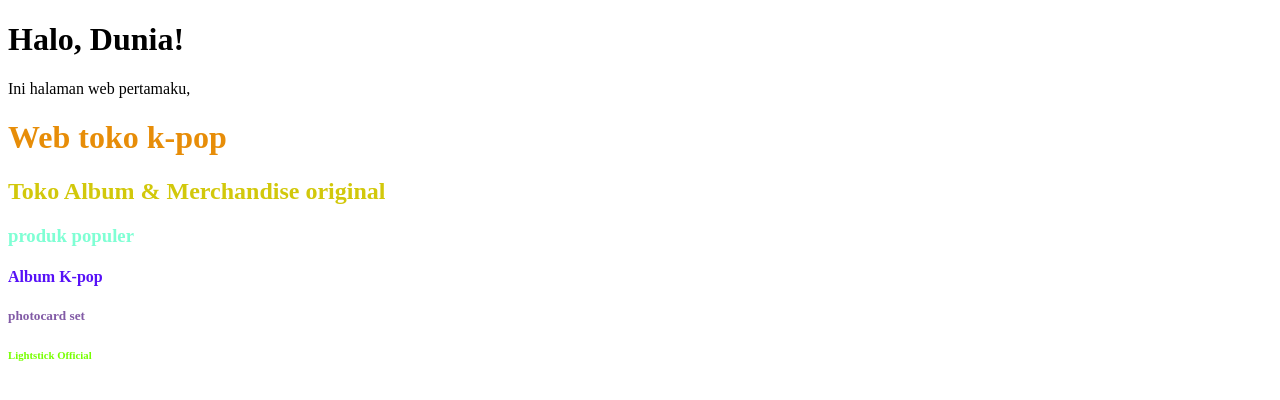
Repository: sekartazivi/241552010020-Web-Application-Development
Page: test.html
These files come from the project's save history. The page is drawn as it stood at one moment and after a run of saves; the edit follows.
The browser window is 1280 px wide. The pictures show the whole page.

Above is the page before, as saved 2026-02-20 08:51:14.

After the next 4 saves:
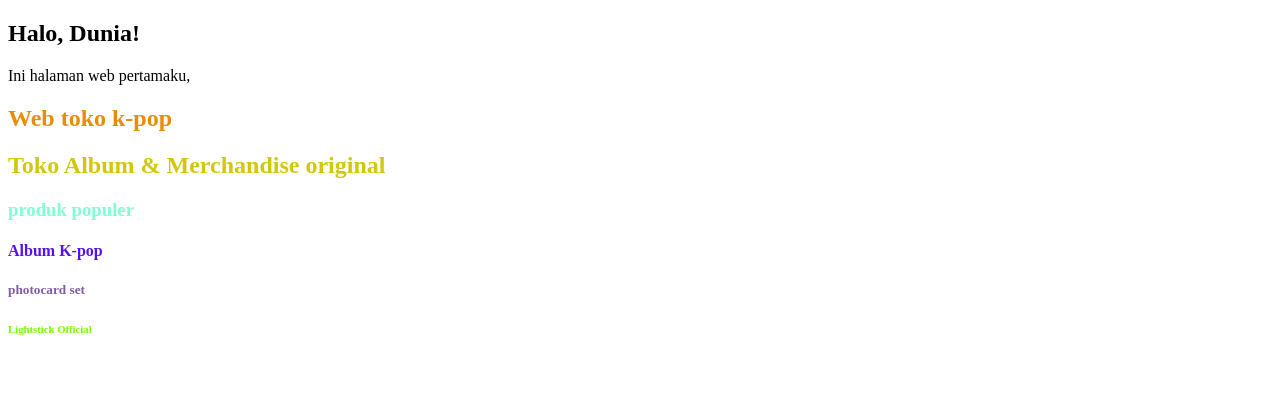
The 4 saves are shown as one change because they came seconds apart.
The last was saved 26 s later.
--- a/test.html
+++ b/test.html
@@ -4,6 +4,8 @@
     <meta charset="UTF-8">
     <meta name="viewport" content="width=device-width, initial-scale=<,>">
     <title> web toko kpop</title>
+
+    <section
 </head>
 <body>
     <h1 style="color: black;">Halo, Dunia!</h1>
